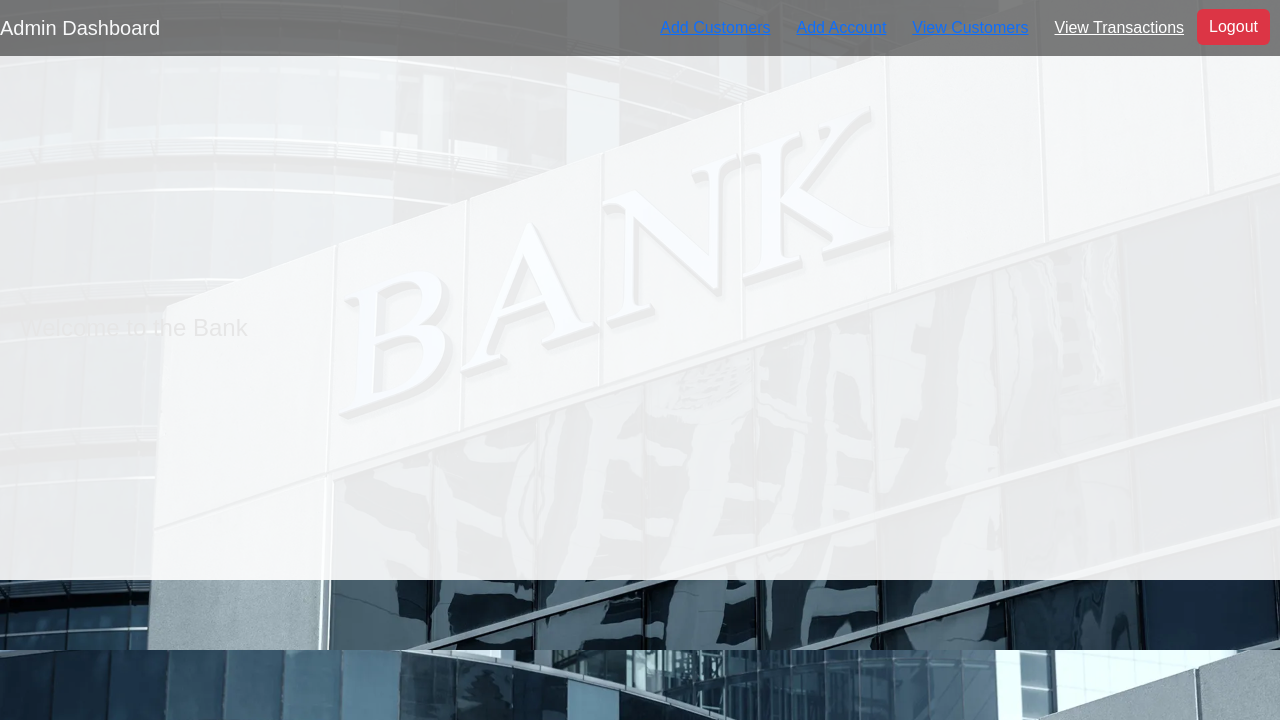
Repository: prathamsuhasia/swabhav-mini-project
Page: http://localhost/01-mini-project/Admin.jsp
The author's editor kept a copy of each file at every save. The page is drawn from the files as they stood at one save, then again after the next save.
The browser window is 1280 px wide. The pictures show the whole page.
The page is served by Tomcat 9. The session is filled in as if someone had signed in: {"username": "testuser", "admin": "admin"}. Other server files are loaded and not shown.

Above is the page before, as saved 2024-08-15 16:15:40.

### 01-mini-project/WebContent/Admin.jsp
<%@ page language="java" contentType="text/html; charset=ISO-8859-1"
	pageEncoding="ISO-8859-1"%>
<%
	response.setHeader("Cache-Control", "no-cache, no-store, must-revalidate");
	response.setHeader("Pragma", "no-cache");
	response.setDateHeader("Expires", 0);
%>
<%
	HttpSession sessions = request.getSession(false);
	if (session == null || !"admin".equals(session.getAttribute("admin"))) {
		// No session or user not logged in, redirect to the login page
		response.sendRedirect("Index.jsp");
		return;
	}
%>
<!DOCTYPE html>
<html>
<head>
<meta http-equiv="Content-Type" content="text/html; charset=ISO-8859-1">
<title>Dashboard</title>
<link
	href="https://cdn.jsdelivr.net/npm/bootstrap@5.3.0/dist/css/bootstrap.min.css"
	rel="stylesheet">
<style>
body {
	background-image: url('Bank.webp');
	background-size: cover;
	background-position: center;
	color: #fff;
	font-family: Arial, sans-serif;
	position: relative;
    z-index: 1;
}

.navbar {
	background-color: rgba(0, 0, 0, 0.5);
	margin-bottom: 20px;
}

.navbar-brand {
	color: #f8f9fa;
}

.navbar-nav .nav-link {
	color: #f8f9fa !important;
}

.navbar-nav .nav-link:hover {
	color: #e9ecef !important;
}

.btn-logout {
	background-color: #dc3545;
	border: none;
	color: #fff;
	margin-right: 10px;
}

.btn-logout:hover {
	background-color: #c82333;
	color: #fff;
}

.welcome-message {
	display: flex;
	align-items: center;
	color: black;
	height: 70vh;
	justify-content: flex-start;
	padding-left: 20px;
	font-size: 24px;
}

.container {
	background-color: rgba(0, 0, 0, 0.6);
	padding: 20px;
	border-radius: 10px;
}

body::before {
	content: '';
	position: absolute;
	top: 0;
	left: 0;
	width: 100%;
	height: 100%;
	background-color: rgba(255, 255, 255, 0.9);
	/* Adjust opacity to make it lighter or darker */
}
</style>
</head>
<body>
	<nav class="navbar navbar-expand-lg">
		<a class="navbar-brand" href="#">Admin Dashboard</a>
		<div class="collapse navbar-collapse justify-content-end">
			<ul class="navbar-nav">
				<li class="nav-item">
					<form action="AdminController" method="post" class="nav-item">
						<button type="submit" name="action" value="AddCustomers"
							class="btn btn-link">Add Customers</button>
					</form>
				</li>
				<li class="nav-item">
					<form action="AdminController" method="post" class="nav-item">
						<button type="submit" name="action" value="AddAccount"
							class="btn btn-link">Add Account</button>
					</form>
				</li>
				<li class="nav-item">
					<form action="AdminController" method="post" class="nav-item">
						<button type="submit" name="action" value="ViewCustomers"
							class="btn btn-link">View Customers</button>
					</form>
				</li>
				<li class="nav-item">
					<form action="AdminController" method="post" class="nav-item">
						<button type="submit" name="action" value="ViewTransactions"
							class="btn btn-link" style="color:white;">View Transactions</button>
					</form>
				</li>
				<li class="nav-item">
					<form action="LogoutServlet">
						<button type="submit" class="btn btn-logout">Logout</button>
					</form>
				</li>
			</ul>
		</div>
	</nav>

	<div class="welcome-message">Welcome to the Bank</div>

	<script src="https://code.jquery.com/jquery-3.6.0.min.js"></script>
	<script
		src="https://cdn.jsdelivr.net/npm/bootstrap@5.3.0/dist/js/bootstrap.bundle.min.js"></script>
</body>
</html>

After the next save:
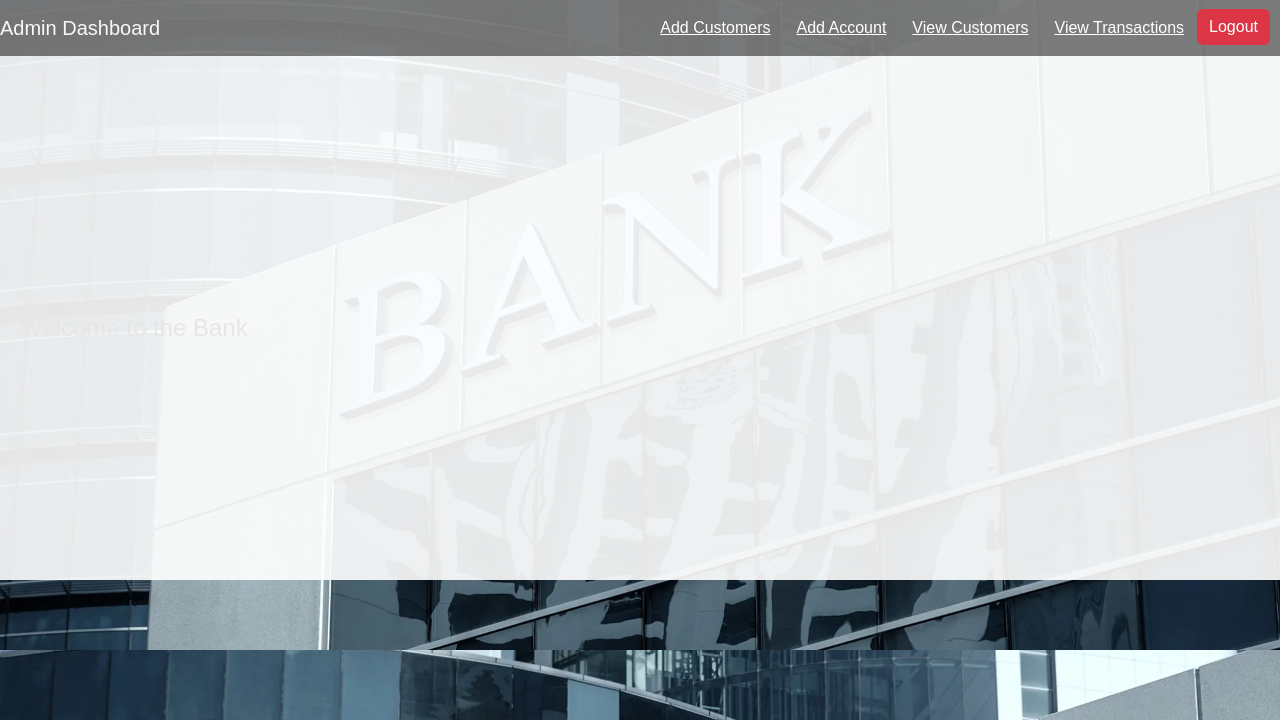
Saved 25 s later.
--- a/01-mini-project/WebContent/Admin.jsp
+++ b/01-mini-project/WebContent/Admin.jsp
@@ -97,19 +97,19 @@ body::before {
 				<li class="nav-item">
 					<form action="AdminController" method="post" class="nav-item">
 						<button type="submit" name="action" value="AddCustomers"
-							class="btn btn-link">Add Customers</button>
+							class="btn btn-link"style="color:white;">Add Customers</button>
 					</form>
 				</li>
 				<li class="nav-item">
 					<form action="AdminController" method="post" class="nav-item">
 						<button type="submit" name="action" value="AddAccount"
-							class="btn btn-link">Add Account</button>
+							class="btn btn-link" style="color:white;">Add Account</button>
 					</form>
 				</li>
 				<li class="nav-item">
 					<form action="AdminController" method="post" class="nav-item">
 						<button type="submit" name="action" value="ViewCustomers"
-							class="btn btn-link">View Customers</button>
+							class="btn btn-link" style="color:white;">View Customers</button>
 					</form>
 				</li>
 				<li class="nav-item">
